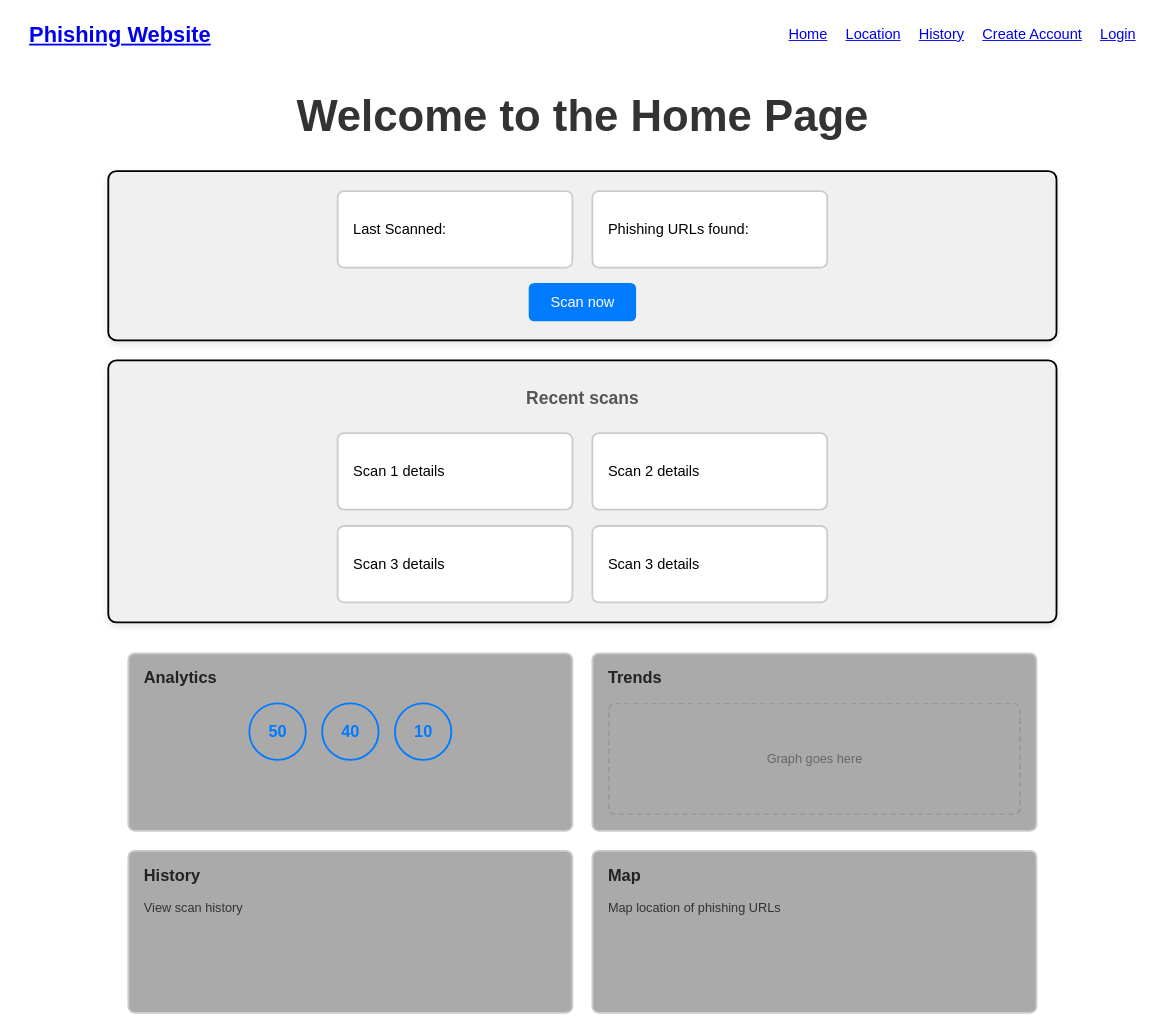
Repository: 2305199/Final-year-project
Page: / (app in frontend/)
These files come from the project's save history. The page is drawn as it stood at one moment and after the next save; the edit follows.
The browser window is 1280 px wide. The pictures show the whole page, at 91% of full size.
The project was rebuilt for these pictures with package versions that can differ from the ones it lists, and the page was loaded fresh each time. Also part of the build but not shown: frontend/vite.config.js, frontend/src/Location/Location.jsx, frontend/src/History/History.jsx, frontend/src/User/CreateAccount.jsx, frontend/src/User/Login.jsx.

Above is the page before, as saved 2026-01-29 02:24:21.

### frontend/src/App.jsx
import { BrowserRouter as Router, Routes, Route } from 'react-router-dom';
import Home from './Home/Home.jsx'
import Location from './Location/Location.jsx'
import History from './History/History.jsx'
import CreateAccount from './User/CreateAccount.jsx'
import Login from './User/Login.jsx'
import Header from './components/Header.jsx'

function App() {

  return (
    <Router>
    <Header />
   <Routes>
      <Route path="/" element={<Home />} />
      <Route path="/location" element={<Location />} />
      <Route path="/history" element={<History />} />
      <Route path="/createAccount" element={<CreateAccount />} />
      <Route path="/login" element={<Login />} />
   </Routes>
    </Router>
  )
}

export default App

### frontend/src/Home/Home.jsx
import styles from './Home.module.css'
function Home() {
    return ( <div>
        <div className={styles.title}> <h1>Welcome to the Home Page</h1></div>


<div className={styles.Box}>
  <div className={styles.topRow}>
    <div className={styles.Lscanned}>
      <p>Last Scanned:</p>
    </div>

    <div className={styles.Pfound}>
      <p>Phishing URLs found:</p>
    </div>
  </div>

  <button className={styles.scanButton}>Scan now</button>
</div>



    <div className={styles.Box}>
        <h2 className={styles.title2}>Recent scans</h2>
        <div className={styles.recentScans}>
            <div className={styles.topRow}>
            <div className={styles.Lscanned}><p>Scan 1 details</p></div>
            <div className={styles.Lscanned}><p>Scan 2 details</p></div>
            </div>
            <div className={styles.topRow}>
            <div className={styles.Lscanned}><p>Scan 3 details</p></div>
             <div className={styles.Lscanned}><p>Scan 3 details</p></div>
             </div>
        </div>
    </div>
          {/* Lower dashboard blocks */}
      <section className={styles.section}>
        <div className={styles.bottomGrid}>

          {/* Analytics numbers */}
          <div className={styles.panel}>
            <h3 className={styles.panelTitle}>Analytics</h3>
            <div className={styles.analyticsCircles}>
              <div className={styles.circle}>50</div>
              <div className={styles.circle}>40</div>
              <div className={styles.circle}>10</div>
            </div>
          </div>

          {/* Chart placeholder */}
          <div className={styles.panel}>
            <h3 className={styles.panelTitle}>Trends</h3>
            <div className={styles.chartPlaceholder}>Graph goes here</div>
          </div>

          {/* History */}
          <div className={styles.panel}>
            <h3 className={styles.panelTitle}>History</h3>
            <div className={styles.panelBody}>View scan history</div>
          </div>

          {/* Map */}
          <div className={styles.panel}>
            <h3 className={styles.panelTitle}>Map</h3>
            <div className={styles.panelBody}>Map location of phishing URLs</div>
          </div>
        </div>
      </section>

    </div>)
}
export default Home

### frontend/src/components/Header.jsx
import styles from './Header.module.css'
function Header() {
    return (   <nav className={styles.navbar}>
      <h1 className={styles.logo}>
        <a href="/">Phishing Website</a>
      </h1>

      <ul className={styles.navLinks}>
        <li><a href="/">Home</a></li>
        <li><a href="/location">Location</a></li>
        <li><a href="/history">History</a></li>
        <li><a href="/createAccount">Create Account</a></li>
        <li><a href="/login">Login</a></li>
      </ul>
    </nav>)

}
export default Header

### frontend/src/Home/Home.module.css
/* Page title */
.title {
  text-align: center;
  font-size: 1.5rem;
  margin: 20px 0;
  color: #333;
  font-family: Arial, sans-serif;
}

/* Main card/box wrapper */
.Box {
  display: flex;
  flex-direction: column;
  align-items: center;
  justify-content: center;

  border: 2px solid #000;
  padding: 20px;
  margin: 20px auto;
  width: min(1000px, 92%);

  background-color: #f0f0f0;
  border-radius: 10px;
  box-shadow: 0 4px 8px rgba(0, 0, 0, 0.1);
  gap: 16px;
}

/* Row used for the two top stats + recent scan rows */
.topRow {
  display: flex;
  gap: 20px;
  align-items: stretch;
  justify-content: center;
  flex-wrap: wrap; /* stacks nicely on smaller screens */
  width: 100%;
}

/* Small stat cards (Last scanned / Phishing found / recent scan items) */
.Lscanned,
.Pfound {
  border: 2px solid #ccc;
  padding: 16px;
  border-radius: 8px;
  background-color: #fff;
  font-family: Arial, sans-serif;

  width: 260px;
  max-width: 100%;
  box-sizing: border-box;
}

/* Scan button */
.scanButton {
  padding: 12px 24px;
  font-size: 16px;
  background-color: #007bff;
  color: #fff;

  border: none;
  border-radius: 6px;
  cursor: pointer;
  transition: background-color 0.2s ease;
}

.scanButton:hover {
  background-color: #0056b3;
}

/* Recent scans wrapper */
.recentScans {
  width: 100%;
  display: flex;
  flex-direction: column;
  gap: 16px;
  font-family: Arial, Helvetica, sans-serif;
}

/* Lower dashboard section */
.section {
  margin-top: 32px;
  width: min(1000px, 92%);
  margin-left: auto;
  margin-right: auto;
}

/* 2x2 responsive grid for Analytics/Trends/History/Map */
.bottomGrid {
  display: grid;
  grid-template-columns: repeat(2, minmax(0, 1fr));
  gap: 20px;
}

@media (max-width: 700px) {
  .bottomGrid {
    grid-template-columns: 1fr;
  }
}

/* Panels */
.panel {
  border: 2px solid #ccc;
  border-radius: 8px;
  background-color: #7a7878a0;
  padding: 16px;
  min-height: 180px;
  box-sizing: border-box;
  font-family: Arial, Helvetica, sans-serif;
}

.panelTitle {
  margin: 0 0 16px;
  font-size: 18px;
  font-weight: 600;
  color: #222;
  font-family: Arial, sans-serif;
}

.analyticsCircles {
  display: flex;
  gap: 16px;
  flex-wrap: wrap;
  justify-content: center;
  font-family: Arial, Helvetica, sans-serif;
}

.circle {
  width: 60px;
  height: 60px;
  border-radius: 50%;
  border: 2px solid #007bff;

  display: flex;
  align-items: center;
  justify-content: center;

  font-size: 18px;
  font-weight: bold;
  color: #007bff;
}

.chartPlaceholder {
  height: 120px;
  border: 2px dashed #999;
  display: flex;
  align-items: center;
  justify-content: center;
  color: #666;
  font-size: 14px;
  border-radius: 8px;
  font-family: Arial, Helvetica, sans-serif;
}

.panelBody {
  font-size: 14px;
  color: #333;
  font-family: Arial, Helvetica, sans-serif;
}
.title2 {
  text-align: center;
  font-size: 1.2rem;
  margin: 10px 0;
  color: #555;
  font-family: Arial, sans-serif;
}

### frontend/src/components/Header.module.css
.navLinks {
  list-style: none;
  display: flex;
  gap: 20px;
  margin: 0;
  padding: 0;
}

.navbar {
  display: flex;
  justify-content: space-between;
  align-items: center;
  padding: 16px 24px;
  font-family: Arial, Helvetica, sans-serif;

}
.logo {
  margin: 0;
  font-size: 24px;
}

Loaded but not shown: frontend/index.html (common file); frontend/src/main.jsx (common file); frontend/src/index.css (no stored copy; drawn as an empty file)

After the next save:
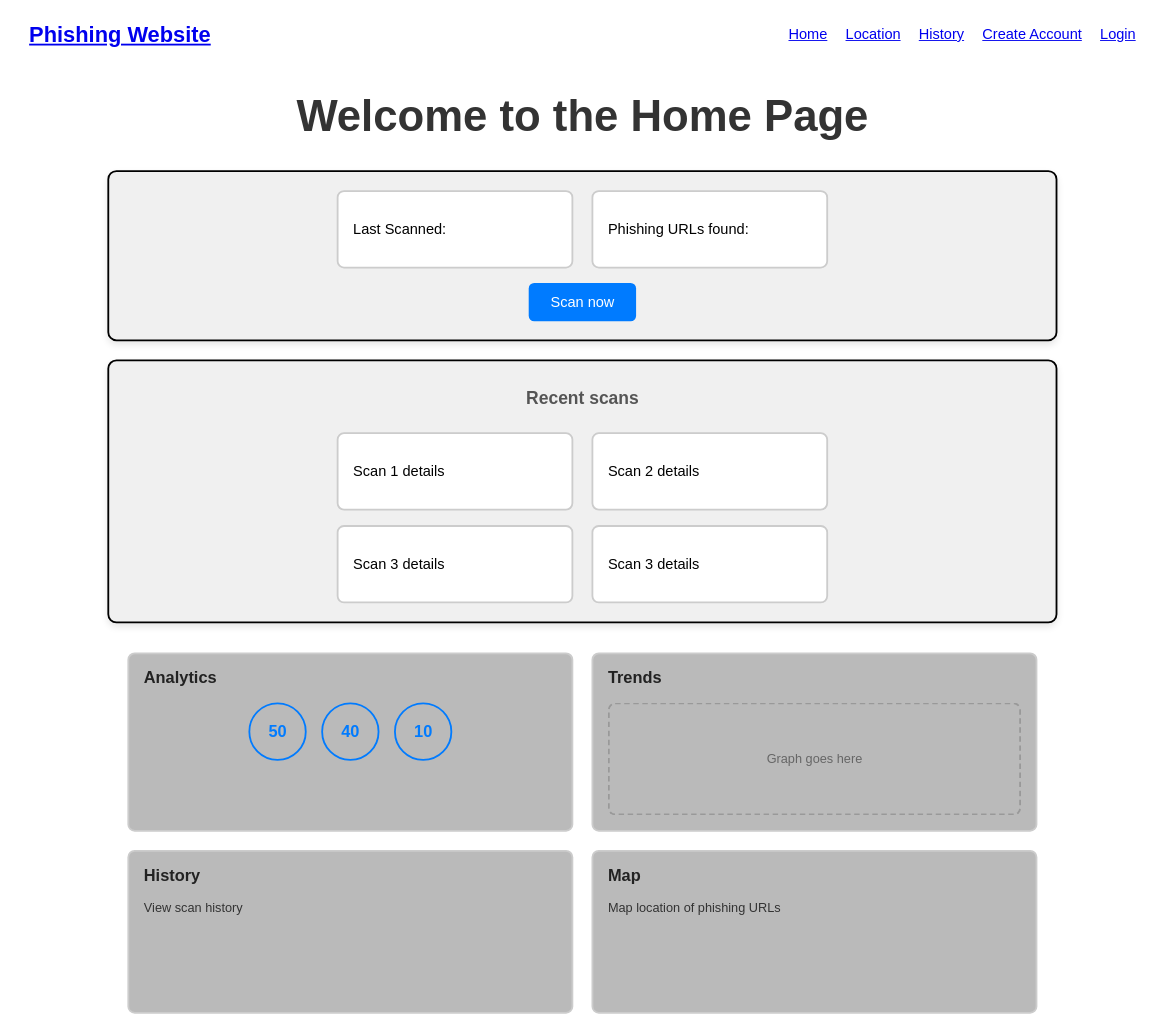
Saved 15 s later.
--- a/frontend/src/Home/Home.module.css
+++ b/frontend/src/Home/Home.module.css
@@ -100,7 +100,7 @@
 .panel {
   border: 2px solid #ccc;
   border-radius: 8px;
-  background-color: #7a7878a0;
+  background-color: #bababa;
   padding: 16px;
   min-height: 180px;
   box-sizing: border-box;

After the save that followed:
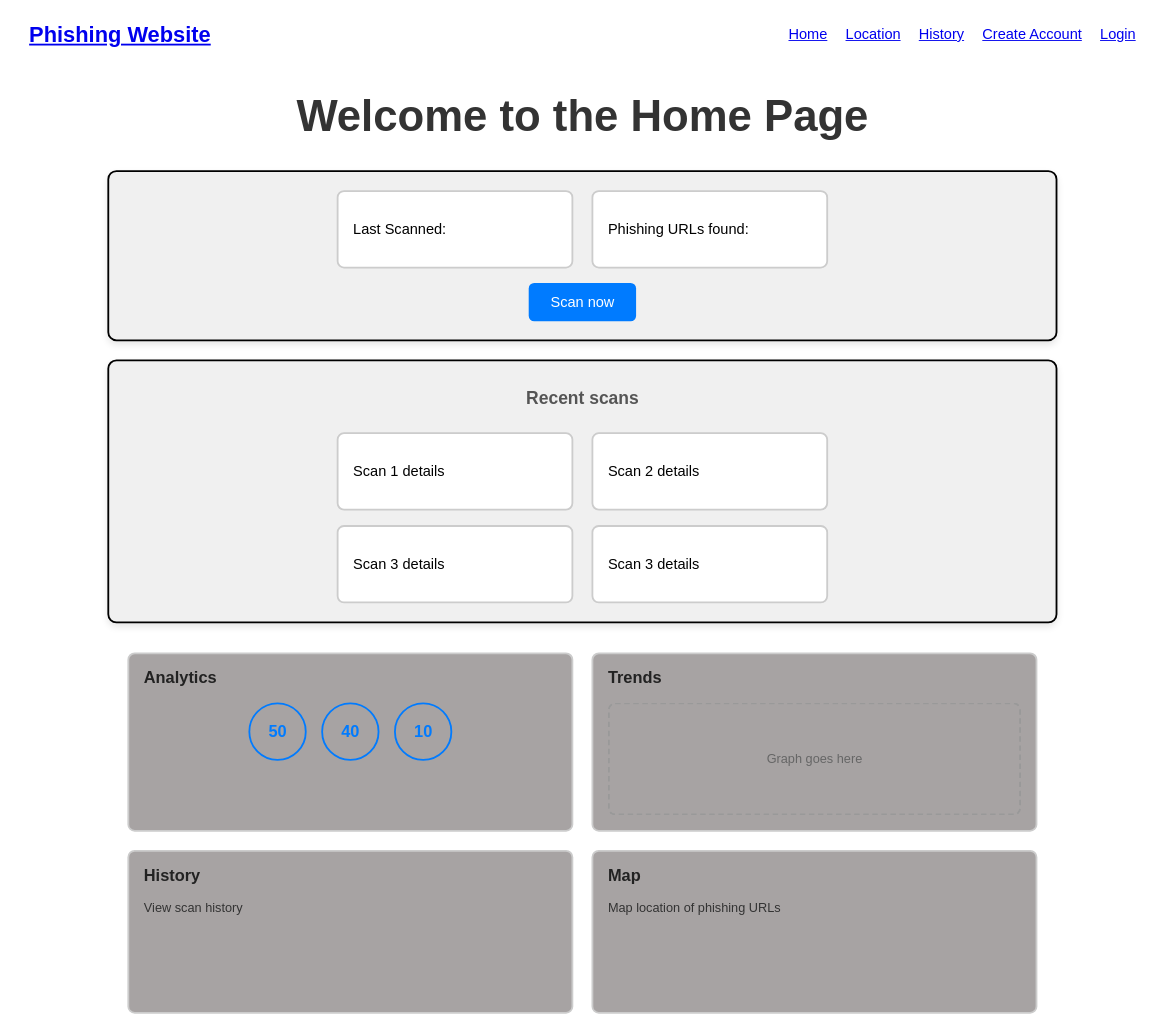
Saved 14 s later.
--- a/frontend/src/Home/Home.module.css
+++ b/frontend/src/Home/Home.module.css
@@ -100,7 +100,7 @@
 .panel {
   border: 2px solid #ccc;
   border-radius: 8px;
-  background-color: #bababa;
+  background-color: #a7a3a3;
   padding: 16px;
   min-height: 180px;
   box-sizing: border-box;
